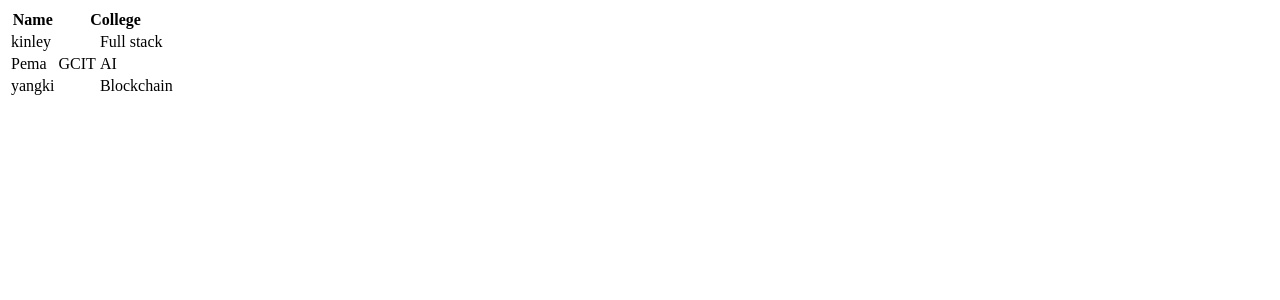
Repository: Pema-yangki/Css
Page: fed.html
The author's editor kept a copy of each file at every save. The page is drawn from the files as they stood at one save, then again after the next save.
The browser window is 1280 px wide. The pictures show the whole page.

Above is the page before, as saved 2024-03-15 14:31:20.

### fed.html
<!DOCTYPE html>
<html lang="en">
<head>
    <meta charset="UTF-8">
    <meta name="viewport" content="width=device-width, initial-scale=1.0">
    <title>Document</title>
    <!-- <style>
        h1[name="greetings"]{
            color: brown;
        }
        h1[name ="king"]{
            color:aqua
        }
        h1[name="okay"]{
            color:blueviolet
        }
    </style> -->
    <style>
        table{
            border: 1px;
        }
    </style>
</head>
<body>
   <!-- <h1 name = "greetings">hello</h1>
   <h1 name = "king" >hi</h1>
   <h1 name = "okay">bye</h1> -->
   <table>
    <tr>
        <th>Name</th>
        <th colspan="2">College</th>
    </tr>
    <tr>
        <td>kinley</td>
        <td rowspan="3">GCIT</td>
        <td>Full stack</td>
    </tr>
    <tr>
        <td>Pema</td>
        <td>AI</td>
    </tr>
    <tr>
        <td>yangki</td>
        <td>Blockchain</td>
    </tr>

   </table>
</body>
</html>

After the next save:
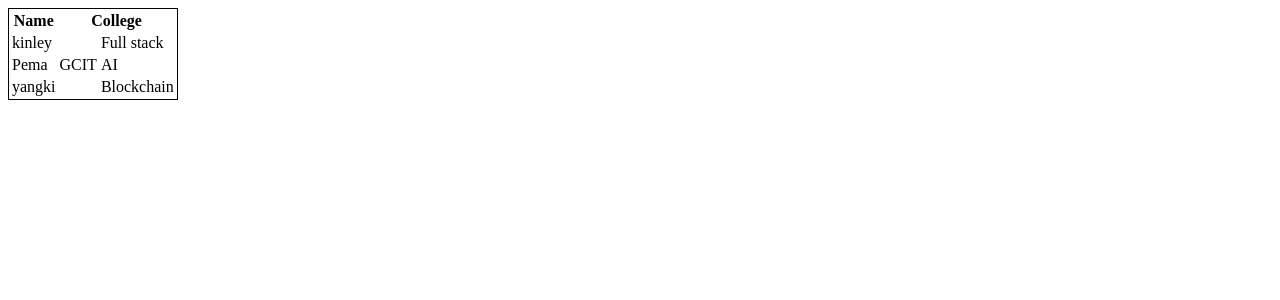
Saved 4 s later.
--- a/fed.html
+++ b/fed.html
@@ -17,7 +17,7 @@
     </style> -->
     <style>
         table{
-            border: 1px;
+            border: 1px solid;
         }
     </style>
 </head>
